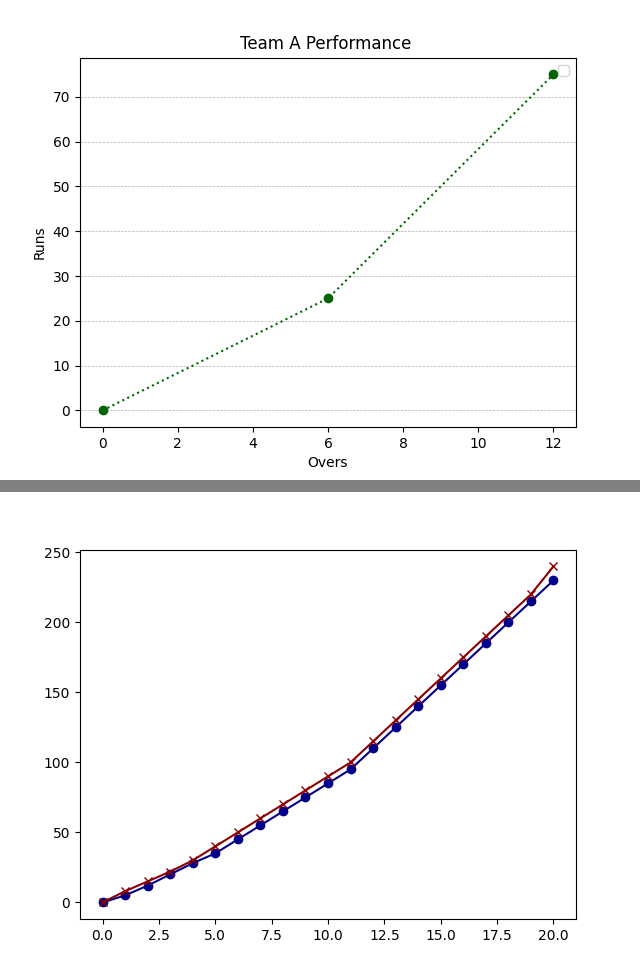
Repository: medenitunc/August-25-leanrning-Pyhton
Script's output: python Day02_05_Dv2.py
The author's editor kept a copy of each file at every save. The script's output is drawn from the files as they stood at one save, then again after the next save.
Each picture stacks the figures in order, with grey between them; figures that are only written to a file come last. Random numbers start from a fixed seed.

Above is the script's output before, as saved 2025-11-27 09:47:12.

### Day02_05_Dv2.py
import matplotlib.pyplot as plt
import numpy as np
import pandas as pd

# numpy - numerical python - library for numerical calculations

xval = np.array([0,6,12])
yval = np.array([0,25, 75])

plt.plot(xval, yval, color='darkgreen', marker='o', linestyle='dotted')
plt.xlabel('Overs')
plt.ylabel('Runs')
plt.title('Team A Performance ')
plt.grid(axis='y', linestyle='--', linewidth=0.5)
plt.legend()
plt.show()


overs = np.array([0,1,2,3,4,5,6,7,8,9,10,11,12,13,14,15,16,17,18,19,20 ])
teamA_runs = np.array([0,5,12,20,28,35,45,55,65,75,85,95,110,125,140,155,170,185,200,215,230])
teamB_runs = np.array([0,8,15,22,30,40,50,60,70,80,90,100,115,130,145,160,175,190,205,220,240])

plt.plot(overs, teamA_runs, marker='o', label='Team A', color='darkblue')
plt.plot(overs, teamB_runs, marker='x', label='Team B', color='darkred')
plt.show()

After the next save:
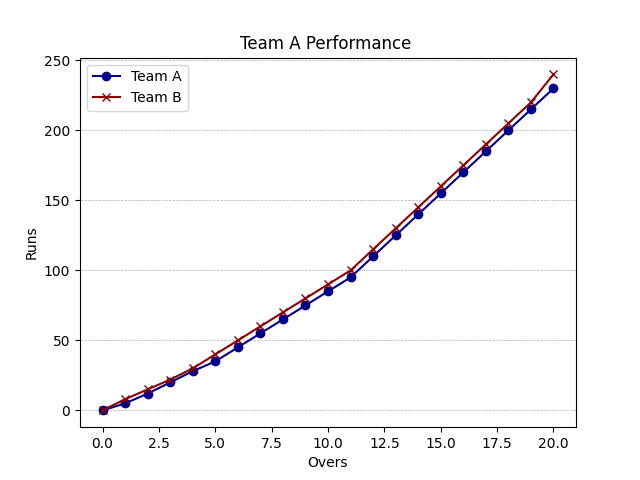
Saved 69 s later.
--- a/Day02_05_Dv2.py
+++ b/Day02_05_Dv2.py
@@ -7,13 +7,13 @@ import pandas as pd
 xval = np.array([0,6,12])
 yval = np.array([0,25, 75])
 
-plt.plot(xval, yval, color='darkgreen', marker='o', linestyle='dotted')
-plt.xlabel('Overs')
-plt.ylabel('Runs')
-plt.title('Team A Performance ')
-plt.grid(axis='y', linestyle='--', linewidth=0.5)
-plt.legend()
-plt.show()
+# plt.plot(xval, yval, color='darkgreen', marker='o', linestyle='dotted')
+# plt.xlabel('Overs')
+# plt.ylabel('Runs')
+# plt.title('Team A Performance ')
+# plt.grid(axis='y', linestyle='--', linewidth=0.5)
+# plt.legend()
+# plt.show()
 
 
 overs = np.array([0,1,2,3,4,5,6,7,8,9,10,11,12,13,14,15,16,17,18,19,20 ])
@@ -22,4 +22,9 @@ teamB_runs = np.array([0,8,15,22,30,40,50,60,70,80,90,100,115,130,145,160,175,19
 
 plt.plot(overs, teamA_runs, marker='o', label='Team A', color='darkblue')
 plt.plot(overs, teamB_runs, marker='x', label='Team B', color='darkred')
+plt.xlabel('Overs')
+plt.ylabel('Runs')
+plt.title('Team A Performance ')
+plt.grid(axis='y', linestyle='--', linewidth=0.5)
+plt.legend()
 plt.show()
